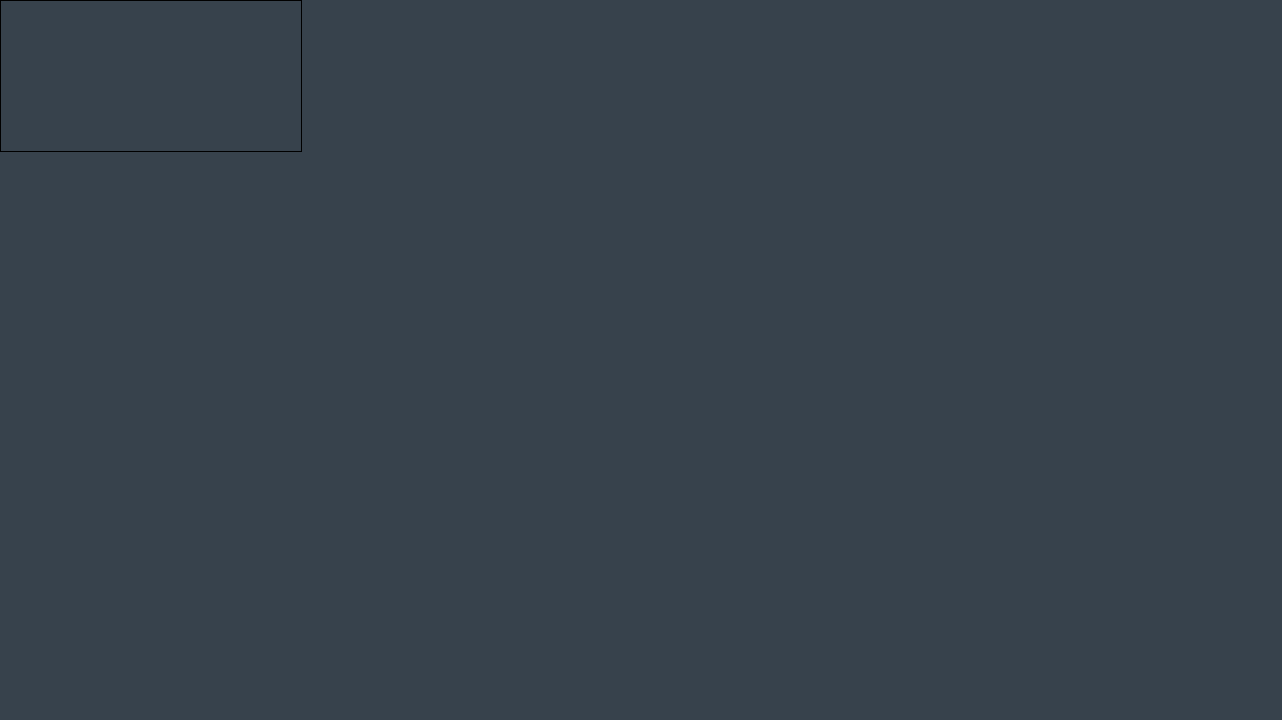
Repository: randy918/chris-canvas-52323
Page: index.html
An editor plug-in stored every save of this project. The page is shown before and after a run of saves, followed by the edit.
The browser window is 1280 px wide. The page is 1280 px wide, then 1282 px, so the pictures cover 1282 px, including what lies to the right of the window. The pictures show the whole page.
The style sheet was rebuilt from its Sass, Less or Tailwind sources for each picture, by a compiler version that may differ from the author's.

Above is the page before, as saved 2023-05-24 12:55:44.
Console error: SyntaxError: Unexpected identifier 'x'

After the next 12 saves:
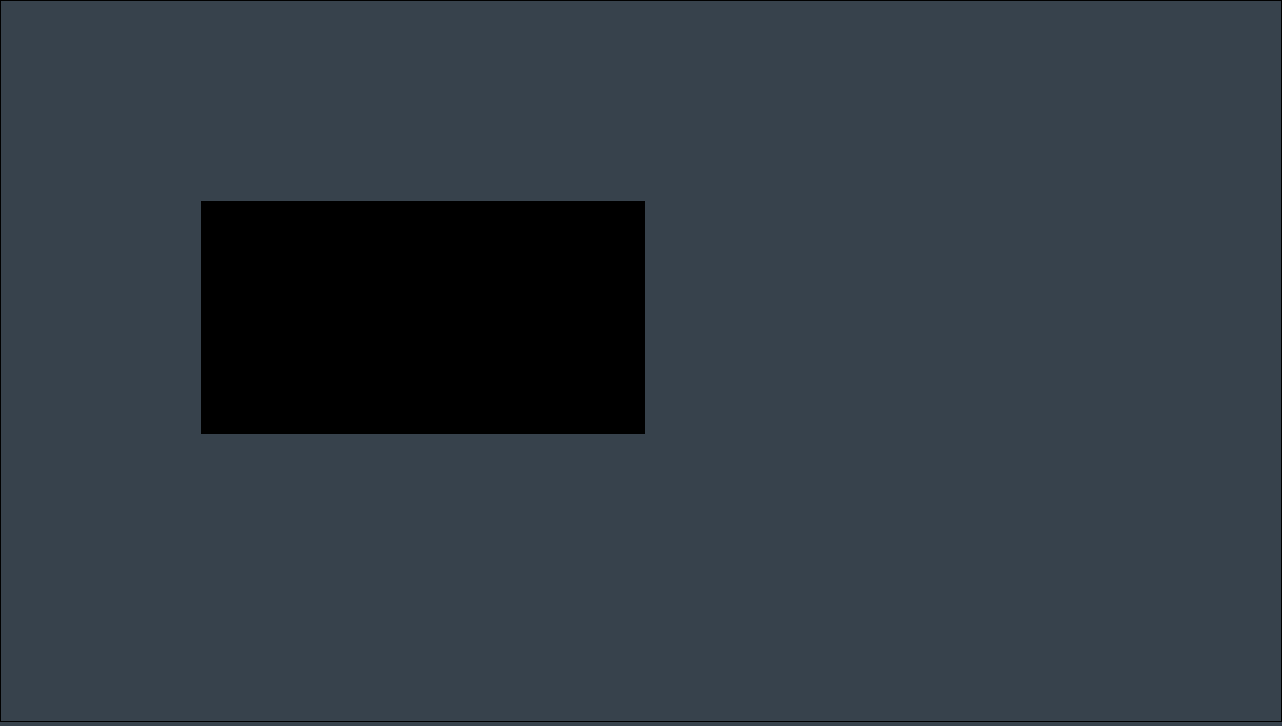
The error is gone.
The 12 saves are shown as one change because they came seconds apart.
The last was saved 23 s later.
--- a/js/index.js
+++ b/js/index.js
@@ -27,5 +27,5 @@ const main = function () {
 	//!  123122.1839  END
     c.fillRect(200, 200, 444, 233);
 
-    for x=
+
 };
